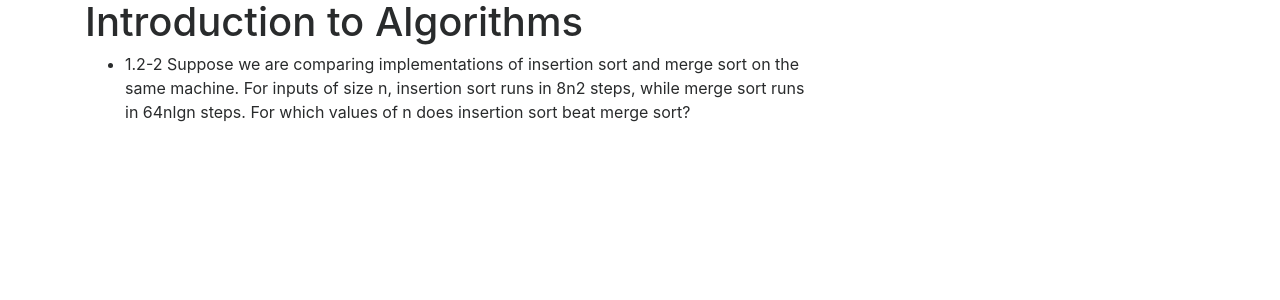
Repository: baltejas/algorithms
Page: algorithms/src/main/webapp/WEB-INF/views/index.html
These files come from the project's save history. The page is drawn as it stood at one moment and after the next save; the edit follows.
The browser window is 1280 px wide. The pictures show the whole page.

Above is the page before, as saved 2017-05-06 18:14:27.

After the next save:
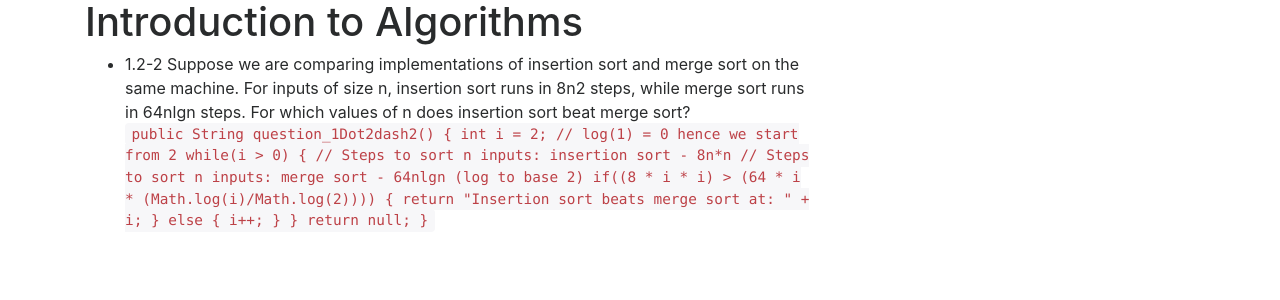
Saved 43 s later.
--- a/algorithms/src/main/webapp/WEB-INF/views/index.html
+++ b/algorithms/src/main/webapp/WEB-INF/views/index.html
@@ -9,6 +9,21 @@
 				<div class="col-md-8">
 					<ul>
 						<li>1.2-2 Suppose we are comparing implementations of insertion sort and merge sort on the same machine. For inputs of size n, insertion sort runs in 8n2 steps, while merge sort runs in 64nlgn steps. For which values of n does insertion sort beat merge sort?</li>
+						<code>
+							public String question_1Dot2dash2() {
+								int i = 2; // log(1) = 0 hence we start from 2
+								while(i > 0) {
+									// Steps to sort n inputs: insertion sort - 8n*n
+									// Steps to sort n inputs: merge sort - 64nlgn (log to base 2)
+									if((8 * i * i) > (64 * i * (Math.log(i)/Math.log(2)))) {
+										return "Insertion sort beats merge sort at: " + i;
+									} else {
+										i++;
+									}
+								}
+								return null;
+							}
+						</code>
 					</ul>
 				</div>
 			</div>
